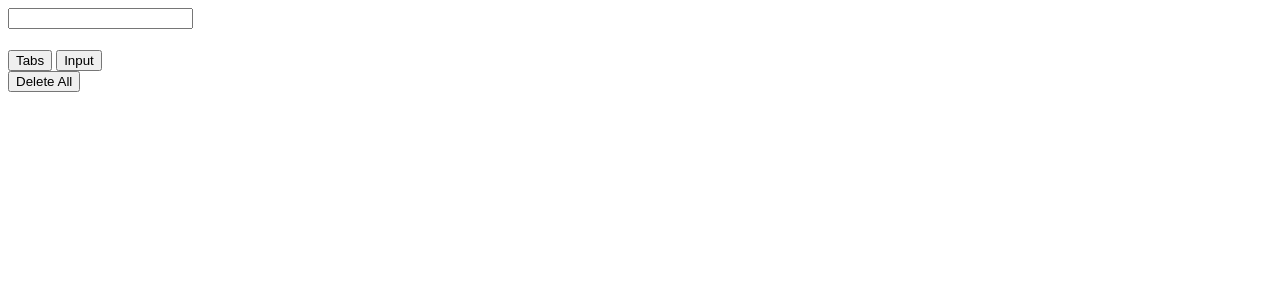
Repository: IdowuMicheal-1/Text-Tab-Organizer
Page: popup.html
These files come from the project's save history. The page is drawn as it stood at one moment and after the next save; the edit follows.
The browser window is 1280 px wide. The pictures show the whole page.

Above is the page before, as saved 2025-05-14 09:34:38.

### popup.html
<!DOCTYPE html>
<html lang="en">
  <head>
    <meta charset="UTF-8" />
    <meta name="viewport" content="width=device-width, initial-scale=1.0" />
    <link rel="stylesheet" href="./popup.css" />
    <title>Tabs</title>
  </head>
  <body>
    <div>
        <input type="text">
        <div>
            <div>
                <h4></h4>
            <button>Tabs</button>
            <button>Input</button>
        </div>
            <button>Delete All</button>
        </div>
    </div>
    <script src="./popup.js"></script>
  </body>
</html>

Loaded but not shown: popup.css (no copy from this time; the picture is the same without it); popup.js (no copy from this time; the picture is the same without it)

After the next save:
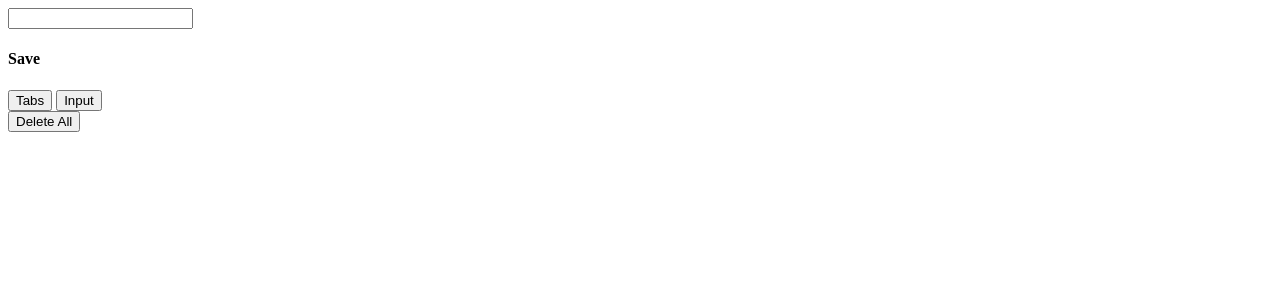
Saved 4 s later.
--- a/popup.html
+++ b/popup.html
@@ -11,7 +11,7 @@
         <input type="text">
         <div>
             <div>
-                <h4></h4>
+                <h4>Save</h4>
             <button>Tabs</button>
             <button>Input</button>
         </div>
